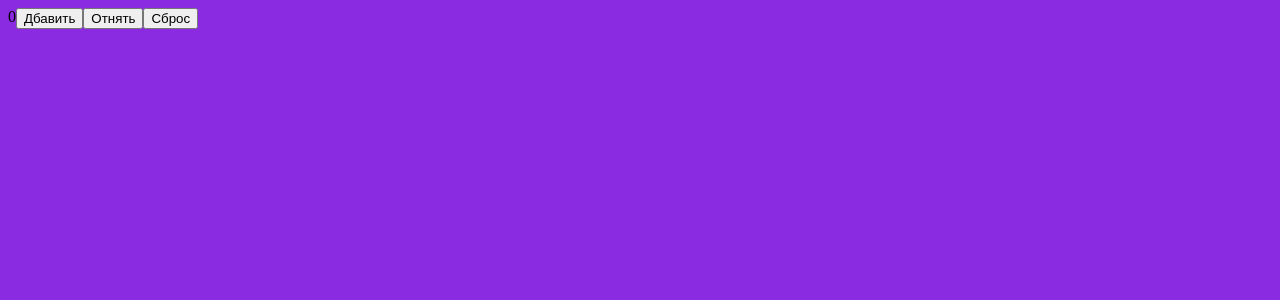
Repository: Denzoll/redux-toolkit-counter
Page: /
These files come from the project's save history. The page is drawn as it stood at one moment and after a run of saves; the edit follows.
The browser window is 1280 px wide. The pictures show the whole page.
The project was rebuilt for these pictures with package versions that can differ from the ones it lists, and the page was loaded fresh each time. Also part of the build but not shown: src/index.css.

Above is the page before, as saved 2022-06-27 13:26:16.

After the next 4 saves:
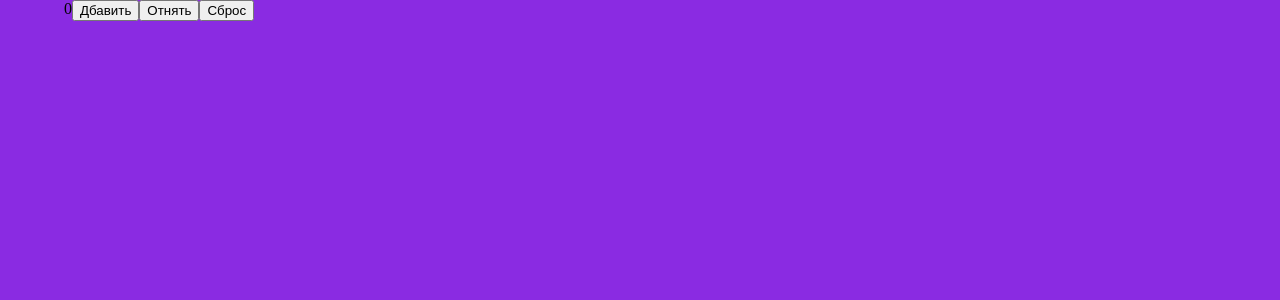
The 4 saves are shown as one change because they came seconds apart.
The last was saved 20 s later.
--- a/src/App.css
+++ b/src/App.css
@@ -1,5 +1,7 @@
 body {
   background-color: blueviolet;
+  margin: auto;
+  width: 90%;
 }
 .cont {
   display: flex;
